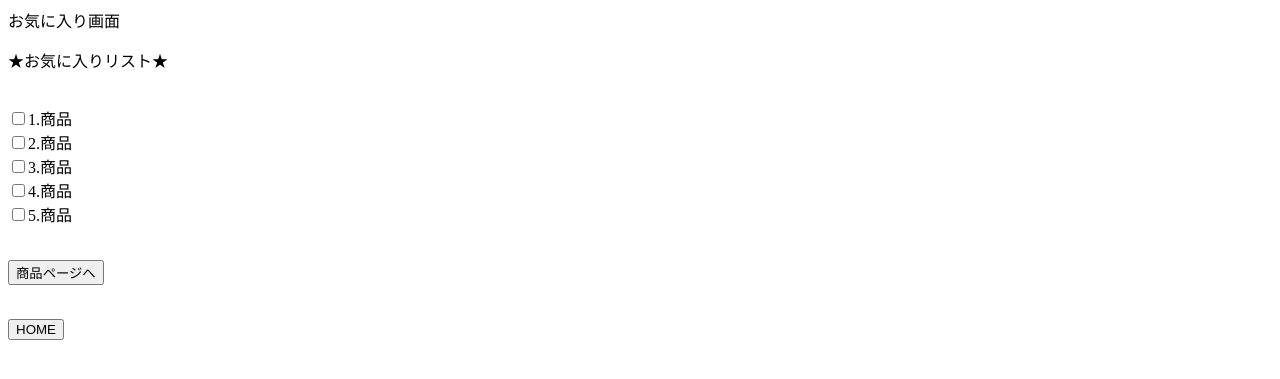
Repository: nathox/backup
Page: http://localhost/Favorite/
These files come from the project's save history. The page is drawn as it stood at one moment and after the next save; the edit follows.
The browser window is 1280 px wide. The pictures show the whole page.
The page is served by Tomcat 9. Other server files are loaded and not shown.

Above is the page before, as saved 2018-02-06 01:43:16.

### Favorite/WebContent/a.jsp
<%@ page language="java" contentType="text/html; charset=UTF-8"
    pageEncoding="UTF-8"%>
<!DOCTYPE html PUBLIC "-//W3C//DTD HTML 4.01 Transitional//EN" "http://www.w3.org/TR/html4/loose.dtd">
<html>
<head>
<meta http-equiv="Content-Type" content="text/html; charset=UTF-8">
<title>Insert title here</title>
</head>
<body>



<form name="frmMove">
<script language=javascript>
function obakasannemou(){
objChk = frmMove.chkMove //チェックボックスオブジェクトを参照
str = ""; //チェック内容を代入する変数
for(i = 0 ; i < objChk.length;i++){
if(objChk[i].checked) str += objChk[i].value
}
switch(str){
case "1":
location.href="https://www.yahoo.co.jp/";
break;
case "2":
location.href="https://www.google.co.jp";
break;

case "3":
location.href="https://www.biglobe.ne.jp/";
break;

case "4":
location.href="https://www.goo.ne.jp/";
break;

case "5":
location.href="https://www.google.co.jp/maps";
break;


}
}
</script>

お気に入り画面
<p>
★お気に入りリスト★
</p>

<p>
<br>
<input type="checkbox" value="1" name="chkMove">1.商品
<br><input type="checkbox" value="2" name="chkMove">2.商品
<br><input type="checkbox" value="3" name="chkMove">3.商品
<br><input type="checkbox" value="4" name="chkMove">4.商品
<br><input type="checkbox" value="5" name="chkMove">5.商品
</p>

<p>
<br><input type="button" value="商品ページへ" onclick="obakasannemou()">

</p>
</form>


<br><input type="button" value="HOME" onclick="">


</body>
</html>

After the next save:
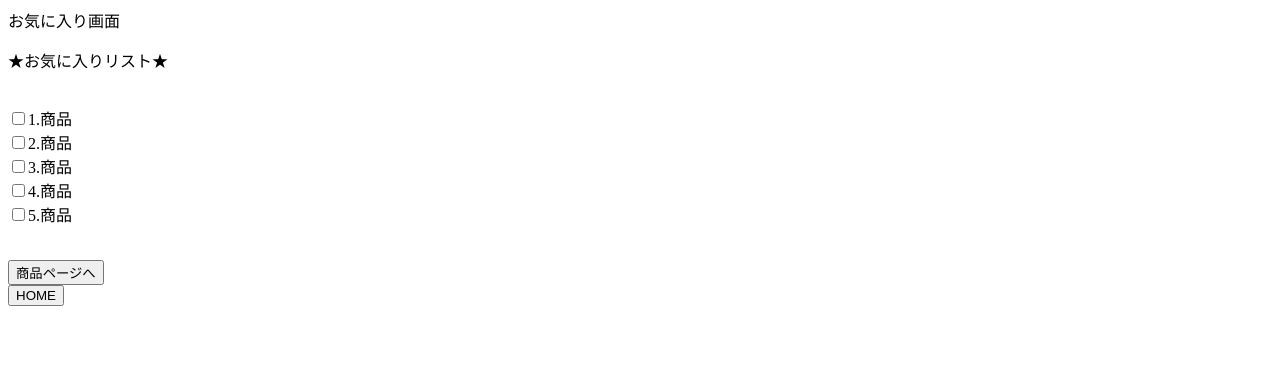
Console error (its wording comes from the project's code and is left out).
Saved 42 s later.
--- a/Favorite/WebContent/a.jsp
+++ b/Favorite/WebContent/a.jsp
@@ -60,11 +60,13 @@ break;
 <p>
 <br><input type="button" value="商品ページへ" onclick="obakasannemou()">
 
+<br><input type="button" value="HOME" onclick="https://www.google.co.jp/maps()">
+
 </p>
 </form>
 
 
-<br><input type="button" value="HOME" onclick="">
+
 
 
 </body>
